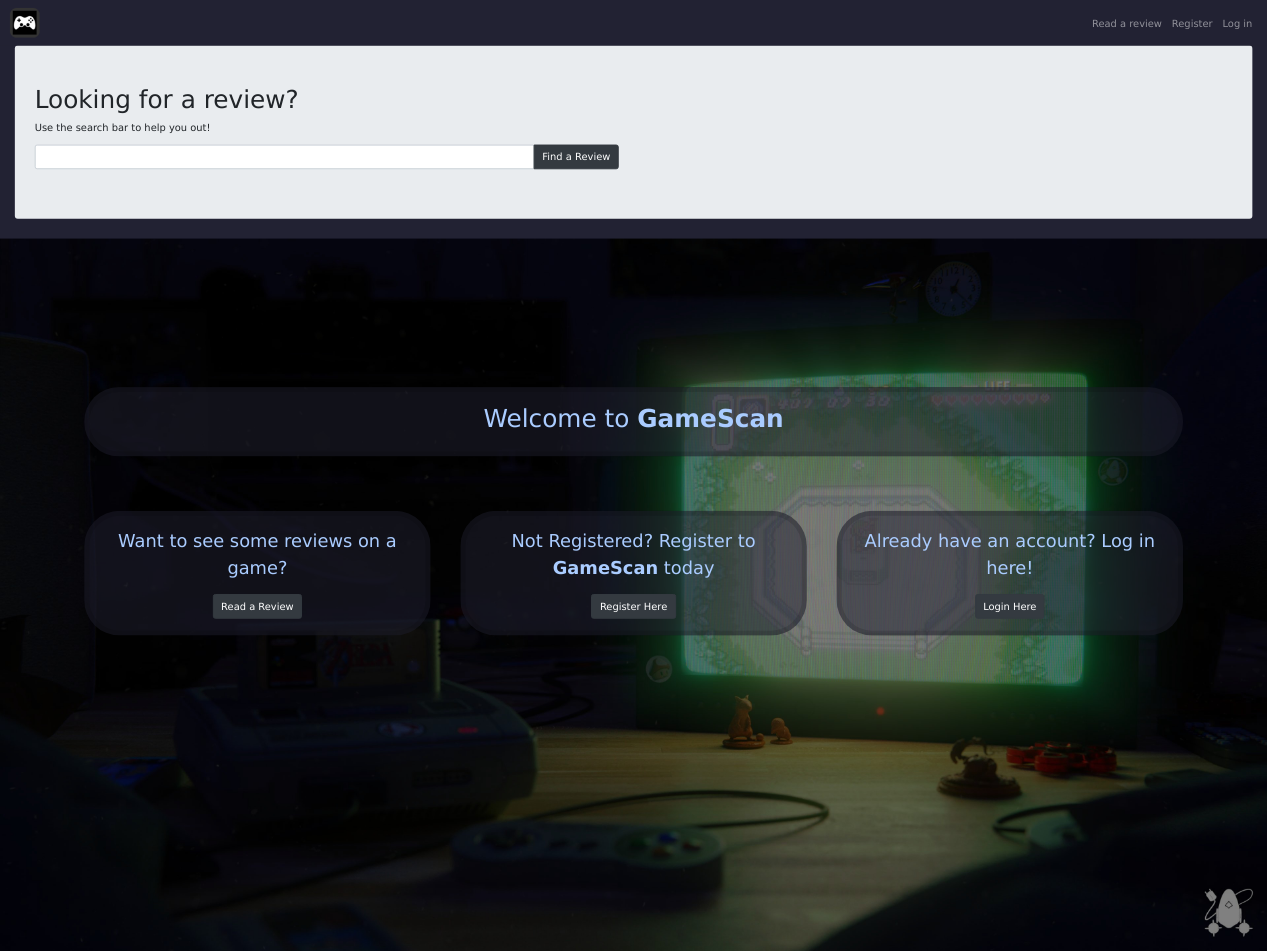
Repository: amit238/milestone-project-3
Page: http://localhost/
The author's editor kept a record of every edit. The page is drawn from the files as they stood at one moment, then again after the next edit.
The browser window is 1280 px wide. The pictures show the whole page, at 99% of full size.
Some web libraries are served in a nearby version. The page is served by the project's application, run on Flask 3 (app.py).

Above is the page before.

After the next edit:
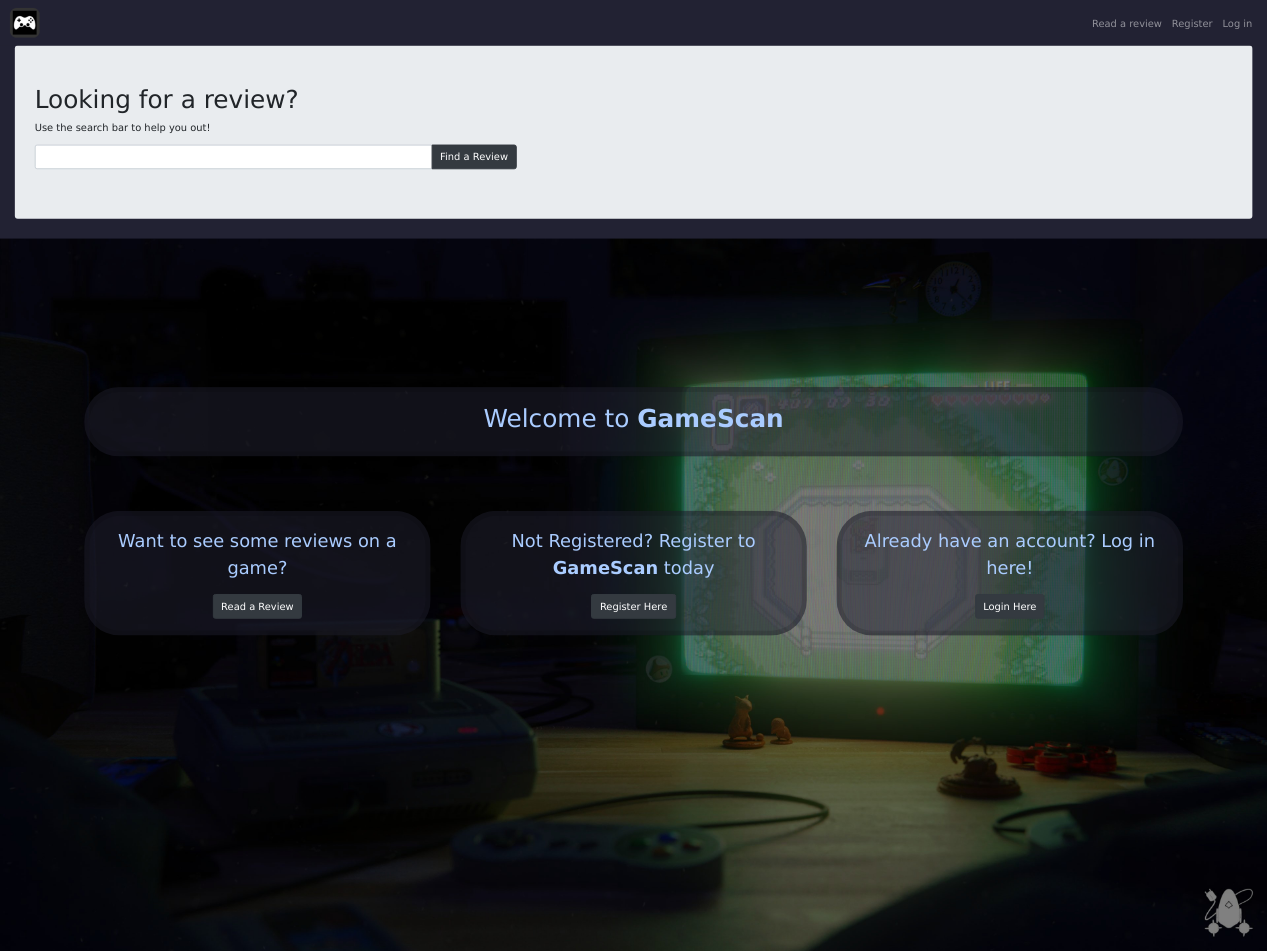
The edit:
--- a/templates/base.html
+++ b/templates/base.html
@@ -45,7 +45,7 @@
             <h1>Looking for a review?</h1>
             <p>Use the search bar to help you out!</p>
           </div>
-          <div class="col-lg-6">
+          <div class="col-lg-5">
             <form class="input-group mb-3" action="{{ url_for('search') }}">
               <input class="form-control" type="text" name="query" />
               <div class="input-group-append">
